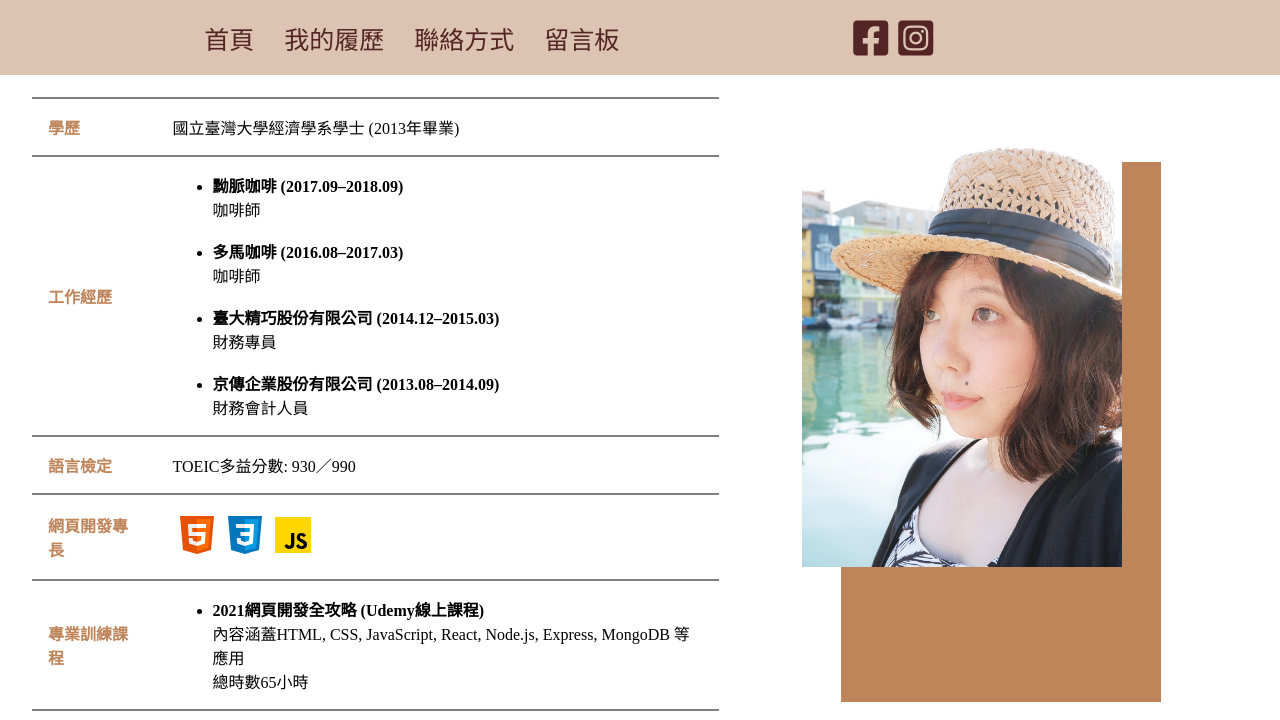
Repository: lcjyc/portfolio-website
Page: /resume
These files come from the project's save history. The page is drawn as it stood at one moment and after the next save; the edit follows.
The browser window is 1280 px wide. The pictures show the whole page.
The project was rebuilt for these pictures with package versions that can differ from the ones it lists, and the page was loaded fresh each time. Also part of the build but not shown: src/pages/home/home.css, src/pages/home/Home.jsx, src/pages/contact/contact.css, src/pages/contact/Contact.jsx.

Above is the page before, as saved 2022-08-20 08:59:10.

After the next save:
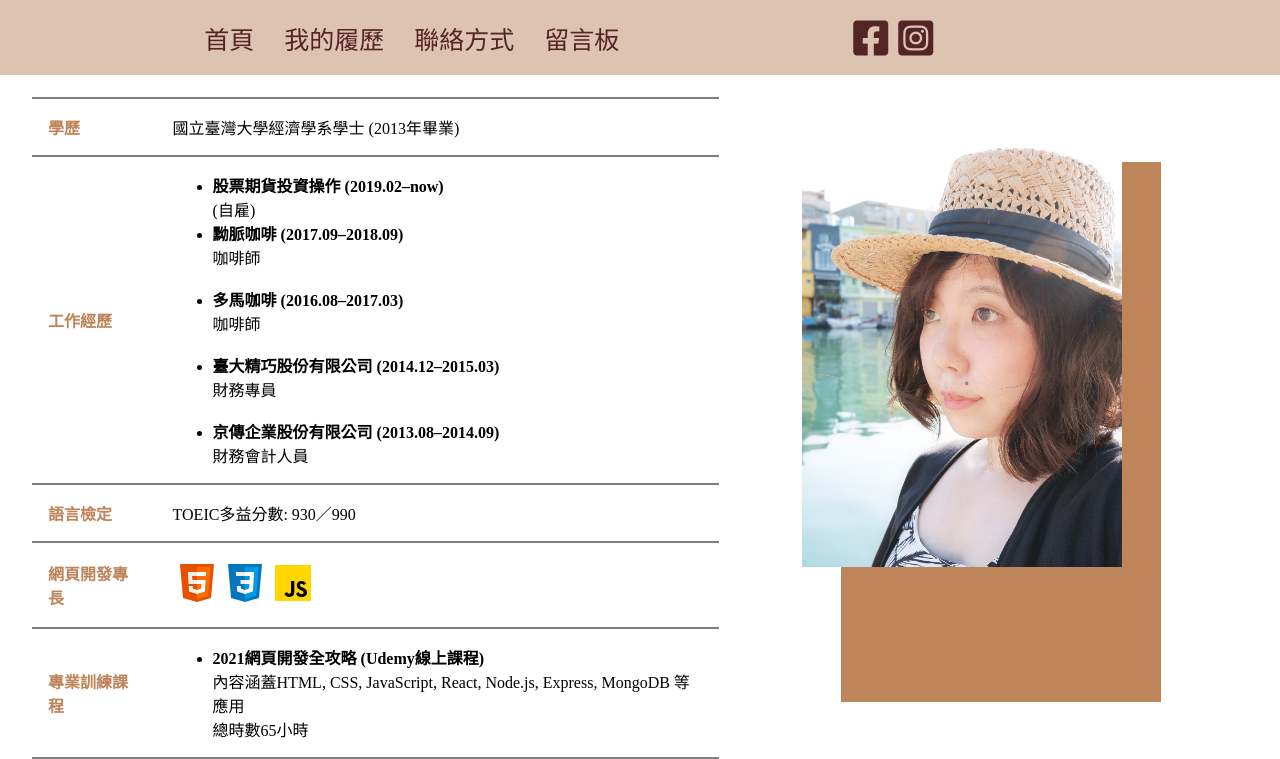
Saved 3 min 16 s later.
--- a/src/pages/resume/Resume.jsx
+++ b/src/pages/resume/Resume.jsx
@@ -22,6 +22,8 @@ export default function Resume() {
             </td>
             <td>
               <ul>
+                <li>股票期貨投資操作 (2019.02–now)</li>
+                <p>(自雇)</p>
                 <li>黝脈咖啡 (2017.09–2018.09)</li>
                 <p>咖啡師</p>
                 <br />
